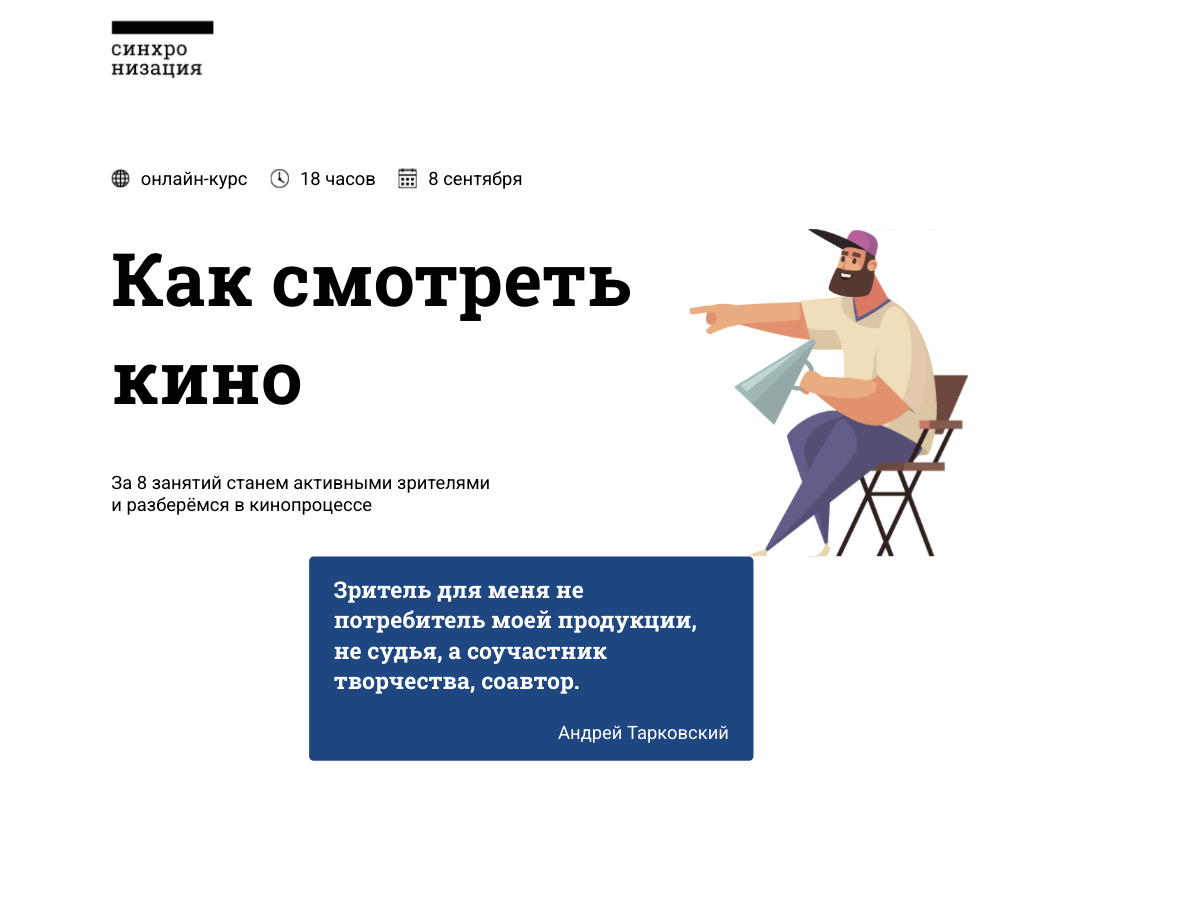
Repository: kubrazamanova/project1
Page: index.html
The author's editor kept a copy of each file at every save. The page is drawn from the files as they stood at one save, then again after the next save.
The browser window is 1280 px wide. The pictures show the whole page, at 92% of full size.

Above is the page before, as saved 2023-09-09 13:11:30.

### index.html
<!DOCTYPE html>
<html lang="en">
  <head>
    <meta charset="UTF-8" />
    <meta name="viewport" content="width=device-width, initial-scale=1.0" />
    <title>Document</title>
    <link rel="stylesheet" href="index.css" />
  </head>

  <body>
    <div class="container">
      <img class="logo-img" src="./images/logo_mobile_black 1 (1).svg" alt="" />
      <ul>
        <li>
          <img src="./images/globe (1).svg" alt="" />
          <p>онлайн-курс</p>
        </li>
        <li>
          <img src="./images/img_135744 (1).svg" alt="" />
          <p>18 часов</p>
        </li>
        <li>
          <img src="./images/calendar_2 (1).svg" alt="" />
          <p>8 сентября</p>
        </li>
      </ul>
<div class="collaj-box">
  <div class="text-container">
    <h1>Как смотреть кино</h1>
    <p>
      За 8 занятий станем активными зрителями и разберёмся в кинопроцессе
    </p>

  </div>
  <img src="./images/noroot 1.svg" alt="" />

</div>
<div class="card-box-container">
  <div class="card-box">
    <h1>
      Зритель для меня не потребитель моей продукции, не судья, а
      соучастник творчества, соавтор.
    </h1>
    <br />
    <h2>Андрей Тарковский</h2>

</div>
</div>

    </div>
  </body>
</html>

### index.css
@import url("https://fonts.googleapis.com/css2?family=Roboto+Slab:wght@700&family=Roboto:wght@400;700&display=swap");
* {
  margin: 0;
  padding: 0;
  box-sizing: border-box;
}
.container {
  padding: 21px 246px 173px 121px;
}
.container .logo-img {
  width: 112px;
  height: 66px;
}
.container ul {
  margin-top: 92px;
  display: flex;
}
.container ul li {
  display: flex;
  margin-right: 25px;
}
.container ul li img {
  margin-right: 12px;
  width: 20px;
  height: 22px;
}
.container ul li p {
  color: #000;
  font-family: Roboto;
  font-size: 20px;
  font-style: normal;
  font-weight: 400;
  line-height: 115%;
}
.container .collaj-box {
    margin-top: 43px;
  display: flex;
  justify-content: space-between;
}
.container .collaj-box img {
  width: 304px;
  height: 356px;
}

.container .collaj-box .text-container h1 {
  margin-bottom: 51px;
  width: 628px;
  color: #000;
  font-family: Roboto Slab;
  font-size: 80px;
  font-style: normal;
  font-weight: 700;
}
.container .collaj-box .text-container p {
  width: 414px;
  color: #000;
  font-family: Roboto;
  font-size: 20px;
  font-style: normal;
  font-weight: 400;
}
.container .card-box-container{
    display: flex;
    justify-content: center;
}
.container .card-box {
    /* margin: auto; */
    padding: 19px 27px;
  border-radius: 5px;
  background: #1e4681;
  width: 483.635px;

}

.container .card-box h1 {
    margin-bottom: 10px;
  color: #fff;
  font-family: Roboto Slab;
  font-size: 25px;
  font-style: normal;
  font-weight: 400;
}
.container .card-box h2 {
  color: #fff;
  text-align: right;
  font-family: Roboto;
  font-size: 20px;
  font-style: normal;
  font-weight: 400;
}

After the next save:
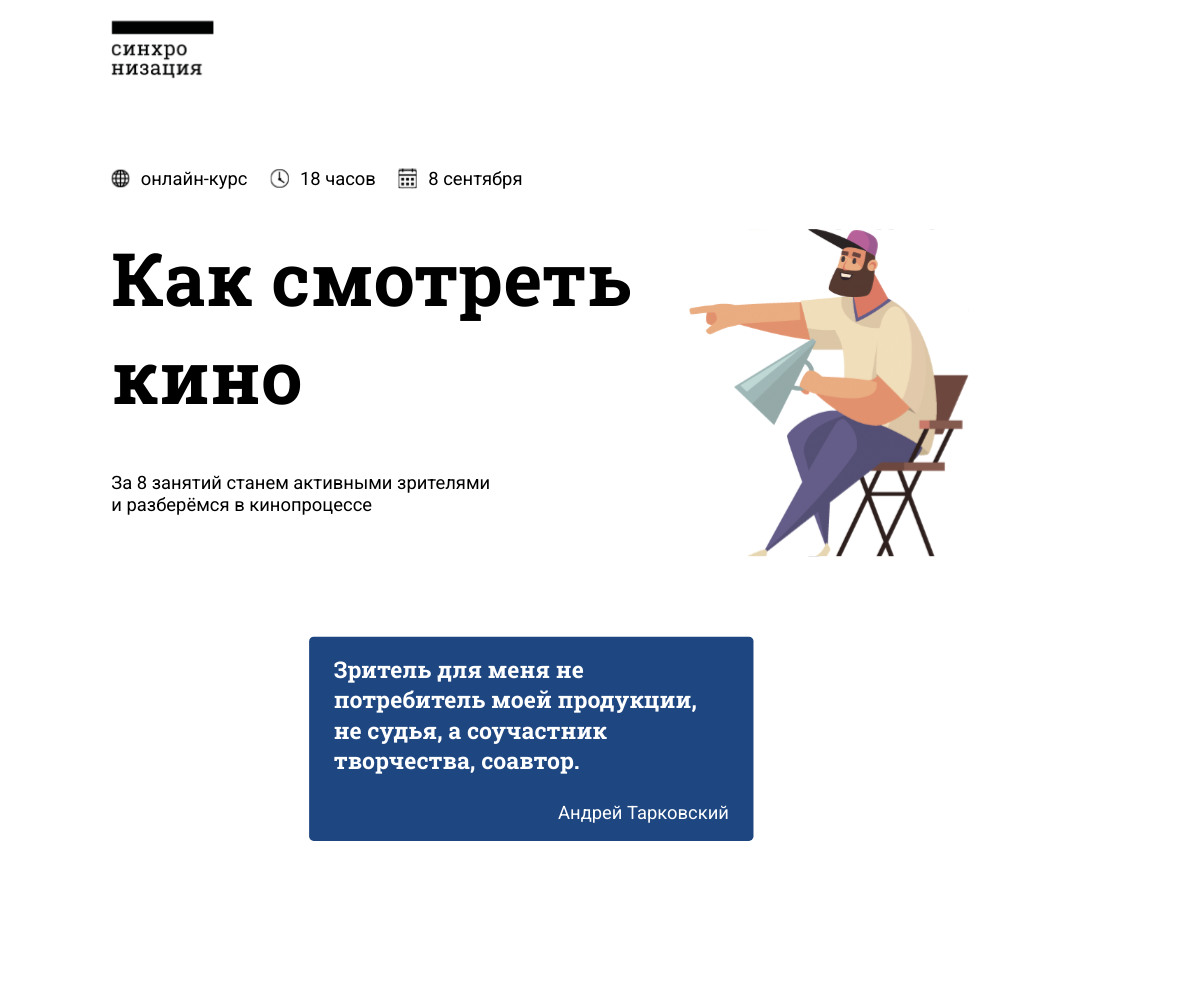
Saved 25 s later.
--- a/index.css
+++ b/index.css
@@ -60,6 +60,7 @@
   font-weight: 400;
 }
 .container .card-box-container{
+    margin-top: 87px;
     display: flex;
     justify-content: center;
 }
